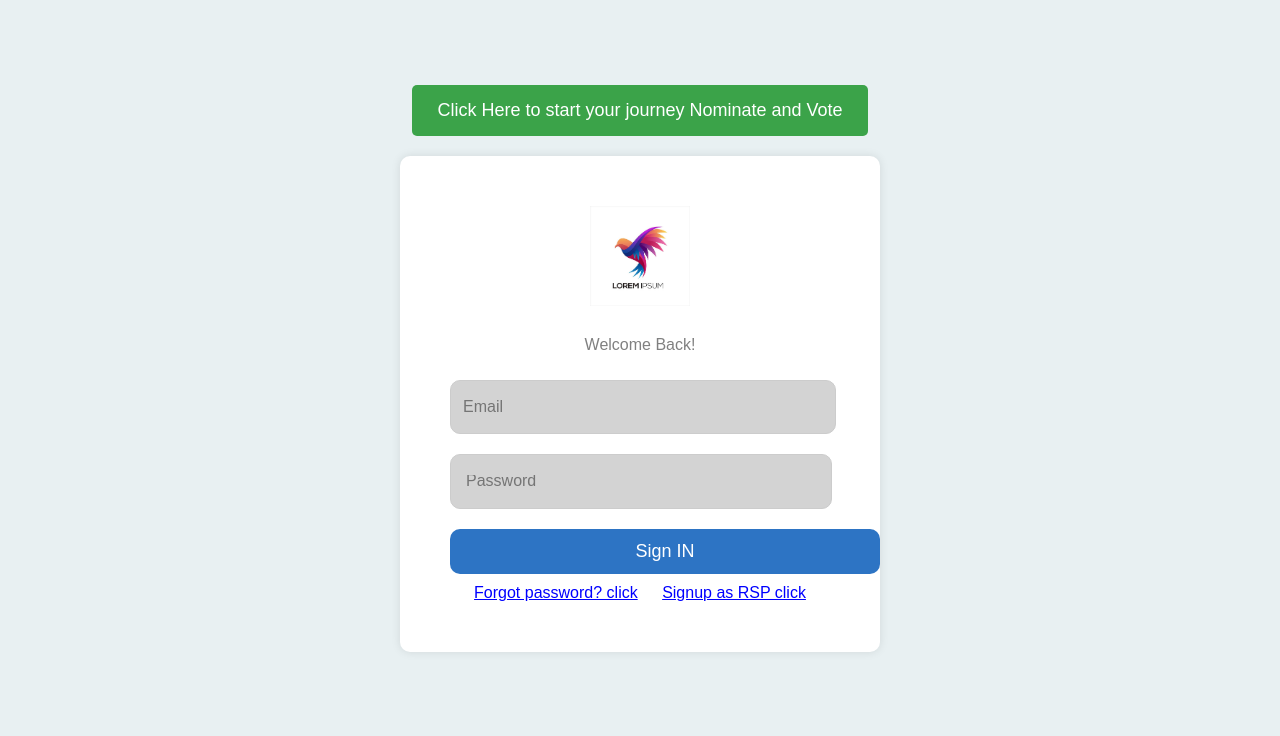
Repository: Femi007-gh/welcome
Page: index.html
An editor plug-in stored every save of this project. The page is shown before and after the next save, followed by the edit.
The browser window is 1280 px wide. The pictures show the whole page.
Some web libraries are served in a nearby version.

Above is the page before, as saved 2025-03-10 18:22:46.

### index.html
<!DOCTYPE html>
<html lang="en">
<head>
    <meta charset="UTF-8">
    <meta name="viewport" content="width=device-width, initial-scale=1.0">
    <title>Login Page</title>
    <script src="https://kit.fontawesome.com/a076d05399.js" crossorigin="anonymous"></script>
    <style>
        body {
            font-family: Arial, sans-serif;
            background-color: #e8f0f2;
            display: flex;
            justify-content: center;
            align-items: center;
            height: 100vh;
            flex-direction: column;
        }
        .green-button {
            background-color: #3ba349;
            color: white;
            padding: 15px 25px;
            border: none;
            border-radius: 5px;
            cursor: pointer;
            margin-bottom: 20px;
            font-size: 18px;
        }
        .container {
            background-color: white;
            padding: 50px;
            border-radius: 10px;
            box-shadow: 0 0 10px rgba(0, 0, 0, 0.1);
            text-align: center;
            width: 380px;
        }
        .container img {
            width: 100px;
            margin-bottom: 10px;
        }
        p {
            color: gray;
        }
        input {
            width: calc(100% - 20px);
            padding: 12px;
            margin: 10px 0;
            border: 1px solid #ccc;
            border-radius: 10px;
            font-size: 16px;
            background: #d3d3d3;
        }
        .password-container {
            display: flex;
            align-items: center;
            background: #d3d3d3;
            border: 1px solid #ccc;
            border-radius: 10px;
            padding: 10px;
            width: calc(100% - 20px);
            margin: 10px 0;
        }
        .password-container input {
            border: none;
            outline: none;
            flex: 1;
            background: transparent;
            padding: 5px;
        }
        .password-container i {
            cursor: pointer;
            font-size: 18px;
            margin-left: 10px;
        }
        .sign-in-button {
            background-color: #2d74c4;
            color: white;
            padding: 12px;
            border: none;
            border-radius: 10px;
            cursor: pointer;
            width: 100%;
            font-size: 18px;
            margin-top: 10px;
            width: 430px;
        }
        .links {
            margin-top: 10px;
            font-size: 16px;
        }
        .links a {
            color: gray;
            text-decoration: none;
            margin: 0 10px;
        }
        .links a.underline {
            color: blue;
            text-decoration: underline;
        }
        .fit {
          height: 3px;
        }
        .lit{
          height: 28px;
        }
    </style>
</head>
<body>
    <button class="green-button">Click Here to start your journey Nominate and Vote</button>
    <div class="container">
        <img src="Logo.jpg" alt="Nigerian Shippers Council Logo">
        <p>Welcome Back!</p>
        <input type="email" placeholder="Email" class="lit">
        <div class="password-container">
            <input type="password" placeholder="Password" class="fit">
        </div>
        <button class="sign-in-button">Sign IN</button>
        <div class="links">
            <a href="#" class="underline">Forgot password? click</a>
            <a href="#" class="underline">Signup as RSP click</a>
        </div>
    </div>
</body>
</html>

After the next save:
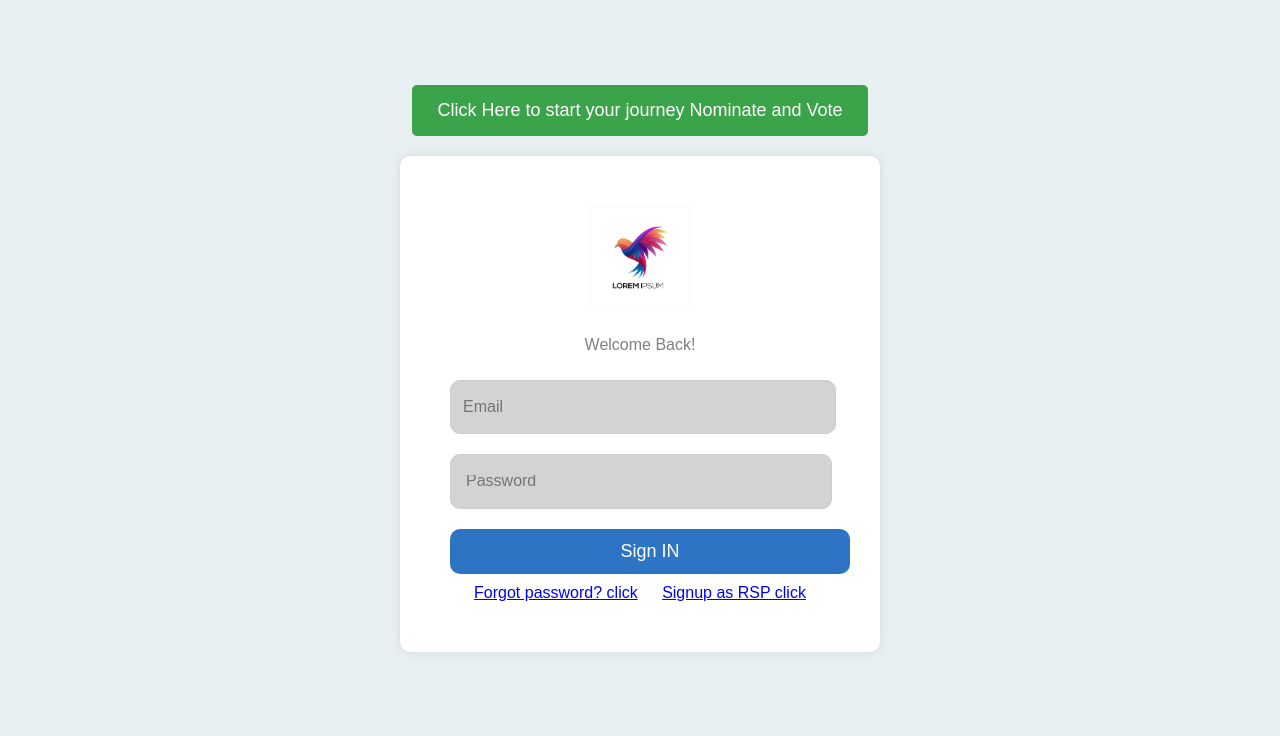
Saved 5 s later.
--- a/index.html
+++ b/index.html
@@ -81,7 +81,7 @@
             width: 100%;
             font-size: 18px;
             margin-top: 10px;
-            width: 430px;
+            width: 400px;
         }
         .links {
             margin-top: 10px;
